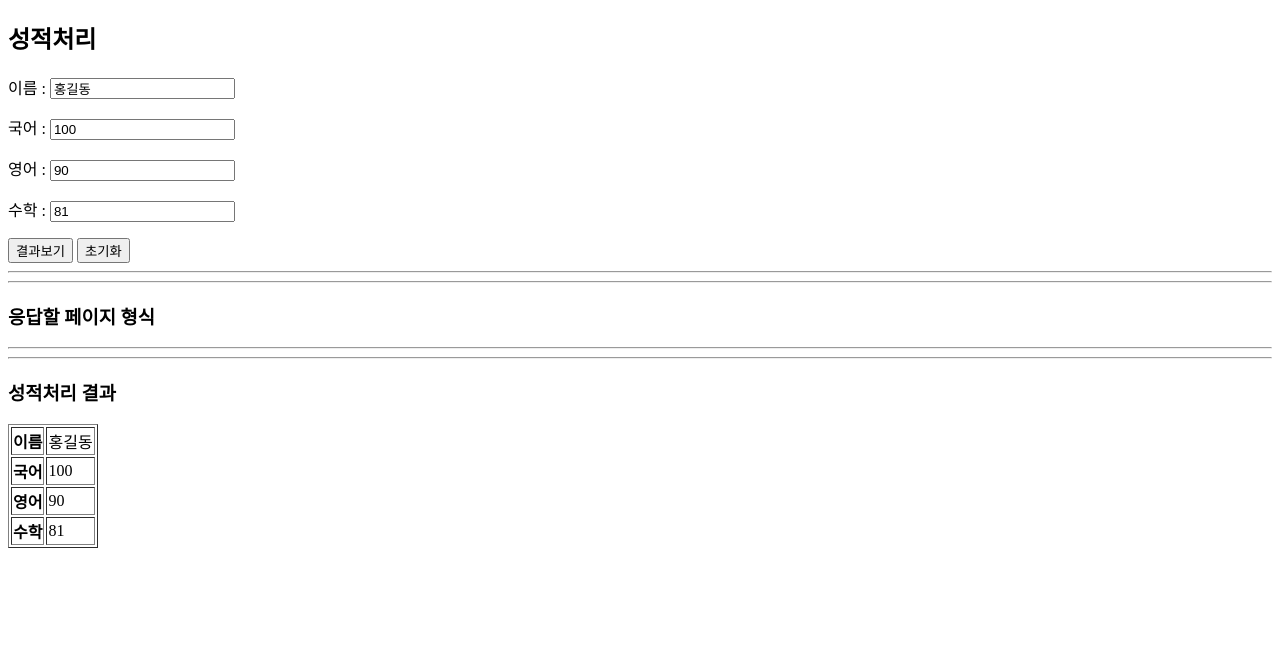
Repository: SeYoung1012/Bitcamp
Page: 60_web/01_Servlet/WebContent/ex05.html
These files come from the project's save history. The page is drawn as it stood at one moment and after the next save; the edit follows.
The browser window is 1280 px wide. The pictures show the whole page.

Above is the page before, as saved 2021-09-24 06:17:03.

### 60_web/01_Servlet/WebContent/ex05.html
<!DOCTYPE html>
<html>
<head>
<meta charset="UTF-8">
<title>성적처리</title>
</head>
<body>
	<h2> 성적처리 </h2>
	<form action="sungjuk">
		<p> 이름 : <input type = "text" name = "name" value = "홍길동"></p>
		<p> 국어 : <input type = "text" name = "kor" value = "100"></p>
		<p> 영어 : <input type = "text" name = "eng" value = "90"></p>
		<p> 수학 : <input type = "text" name = "math" value = "81"></p>
		<input type = "submit" value = "결과보기">
		<input type = "reset" value = "초기화">

	</form>
	<hr><hr>
	<h3> 응답할 페이지 형식</h3>
	<hr><hr>
	<h3> 성적처리 결과</h3>
	<table border>
		<tr>
			<th> 이름 </th>
			<td> 홍길동</td>
		</tr>
		<tr>
			<th> 국어 </th>
			<td> 100 </td>
		</tr>
		<tr>
			<th> 영어 </th>
			<td> 90 </td>
		</tr>
		<tr>
			<th> 수학 </th>
			<td> 81</td>
		</tr>
	</table>

</body>
</html>

After the next save:
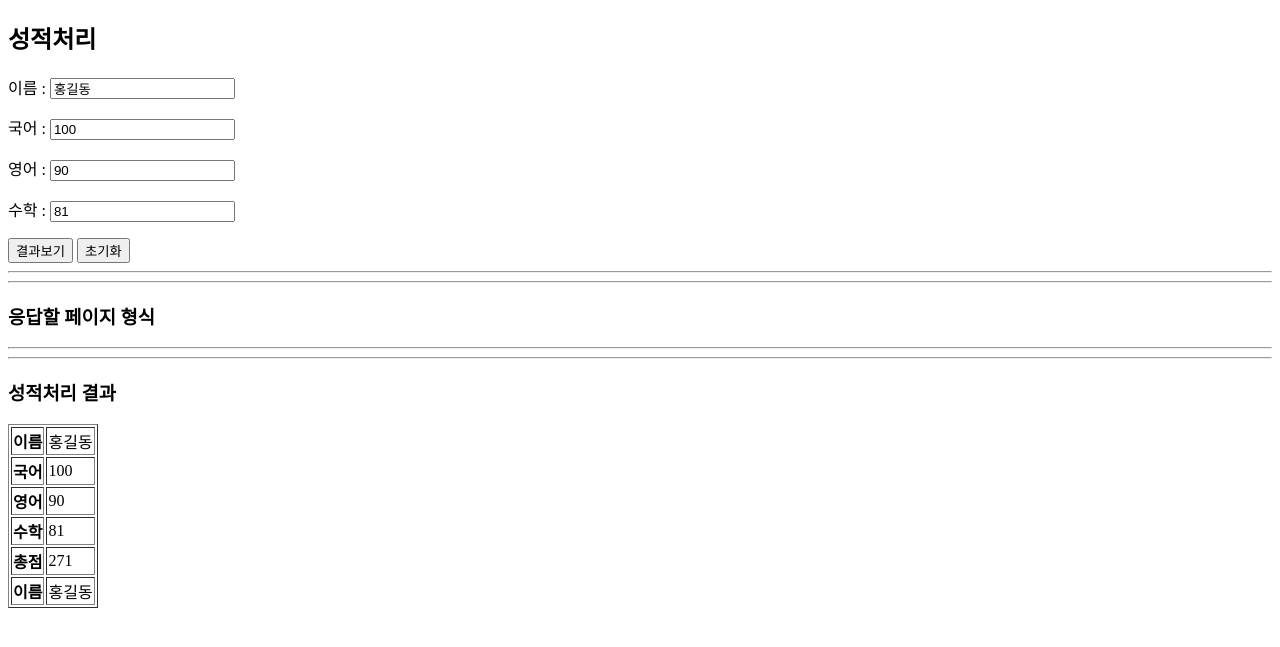
Saved 19 s later.
--- a/60_web/01_Servlet/WebContent/ex05.html
+++ b/60_web/01_Servlet/WebContent/ex05.html
@@ -36,6 +36,15 @@
 			<th> 수학 </th>
 			<td> 81</td>
 		</tr>
+		<tr>
+			<th> 총점 </th>
+			<td> 271</td>
+		</tr>
+		<tr>
+			<th> 이름 </th>
+			<td> 홍길동</td>
+		</tr>
+
 	</table>
 
 </body>
